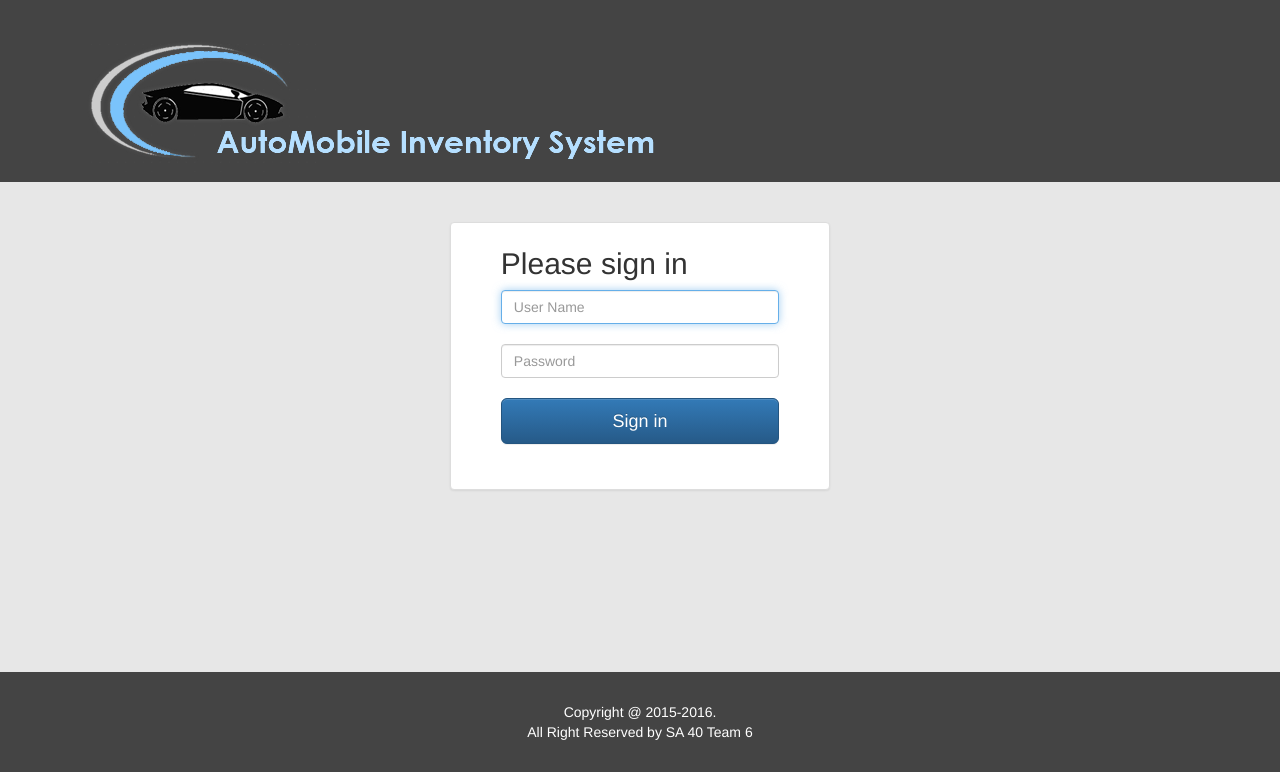
Repository: JiorMajor/InventorySystemWorkspace
Page: http://localhost/InventoryWebSA40Team6/ShowLogin
The author's editor kept a copy of each file at every save. The page is drawn from the files as they stood at one save, then again after the next save.
The browser window is 1280 px wide. The pictures show the whole page.
The page is served by Tomcat 9.

Above is the page before, as saved 2015-06-12 17:50:55.

After the next save:
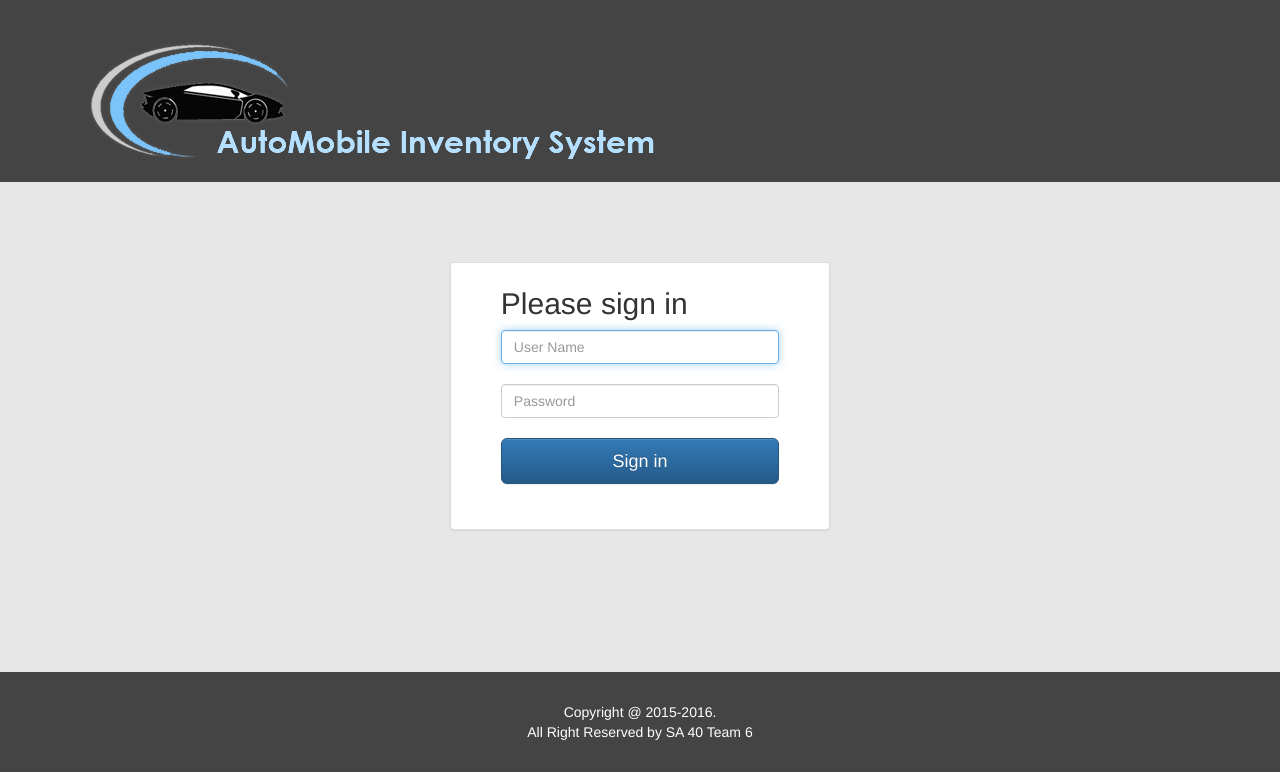
Saved 10 s later.
--- a/InventoryWebSA40Team6/WebContent/index.jsp
+++ b/InventoryWebSA40Team6/WebContent/index.jsp
@@ -31,7 +31,7 @@
 	<div class="container" style="height:490px">
 	<div class="row">
 	<div class="col-md-12 col-sm-12 col-xs-12" >
-	<br><br>
+	<br><br><br><br>
 	</div>
 	</div>
 	  <div class="row">
